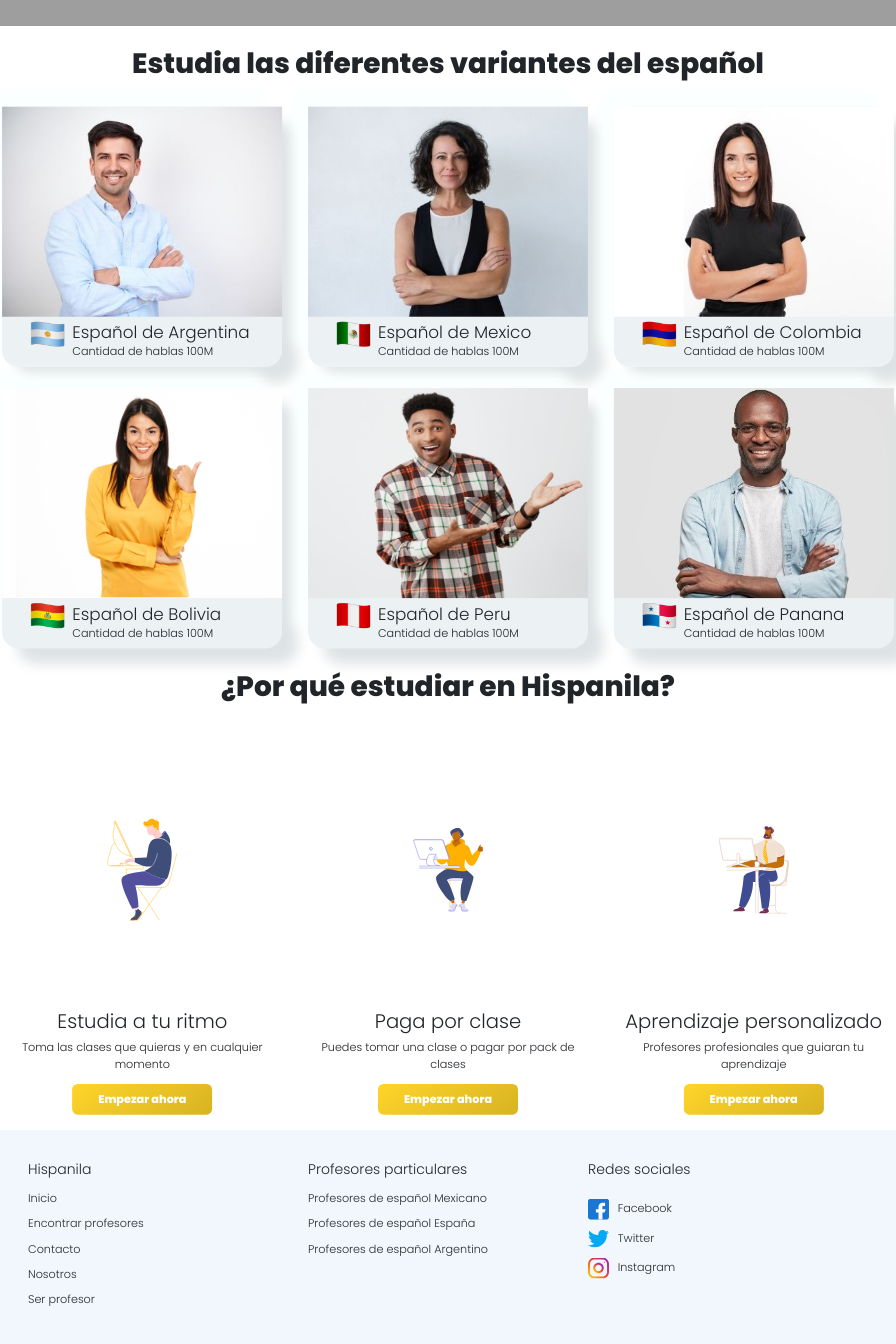
Repository: AgustinGarciaDev/Hispanila
Page: index.html
An editor plug-in stored every save of this project. The page is shown before and after the next save, followed by the edit.
The browser window is 1280 px wide. The pictures show the part of the page from y = 629 to 2549 px (the page is 2549 px tall), at 70% of full size.
Pictures or frames that could not be fetched are drawn as grey boxes. Some web libraries are served in a nearby version. The style sheet was rebuilt from its Sass, Less or Tailwind sources for each picture, by a compiler version that may differ from the author's.

Above is the page before, as saved 2021-01-28 22:52:15.

After the next save:
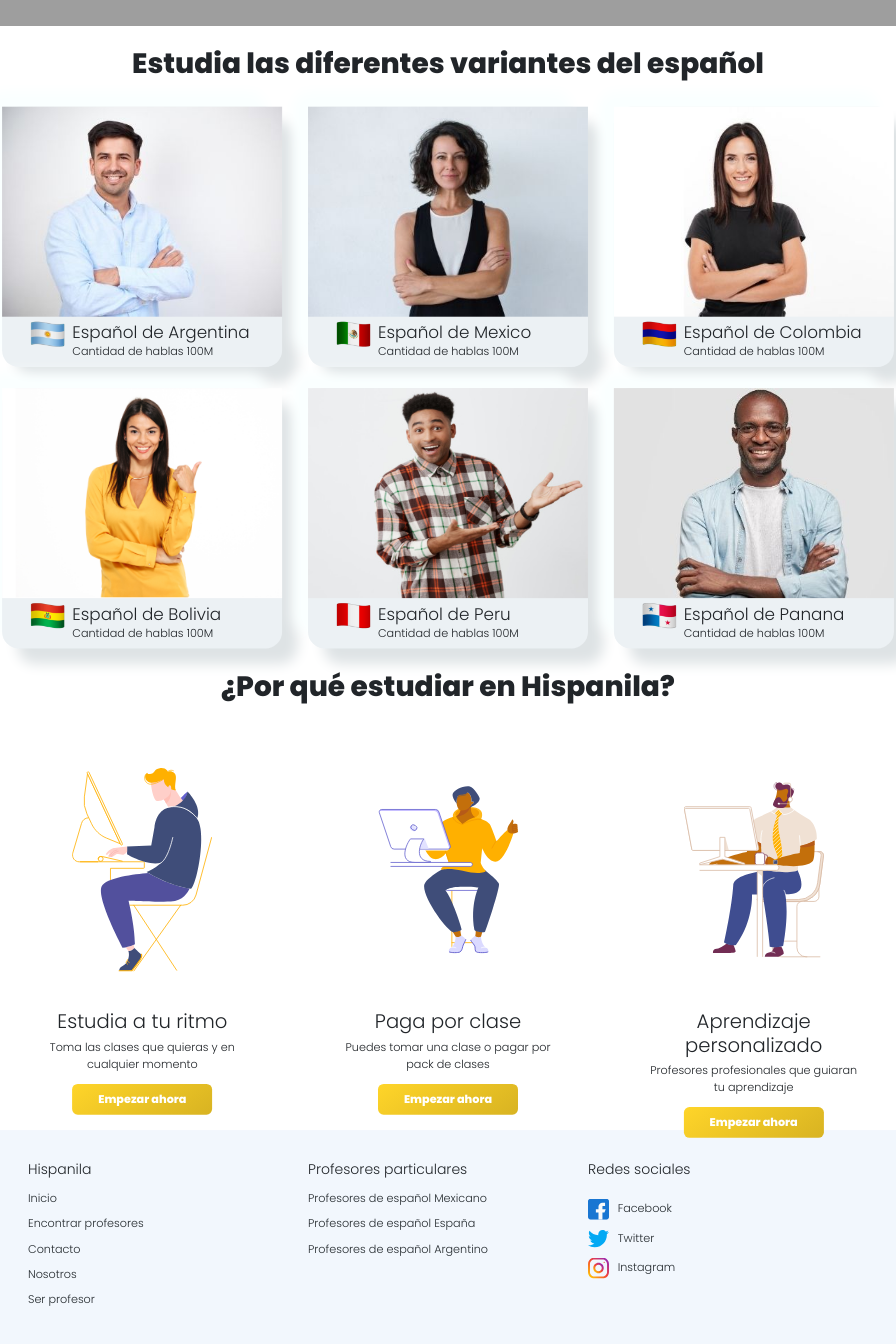
Saved 11 s later.
--- a/stylemod.css
+++ b/stylemod.css
@@ -124,13 +124,13 @@
 /* SLIDE*/
 
 .card__study__resson {
-    width: 400px;
+    width: 300px;
     height: 572px;
 }
 
 .card__study__img {
     height: 400px;
-    width: 100px;
+    width: 200px;
     display: flex;
     margin: auto;
 }
